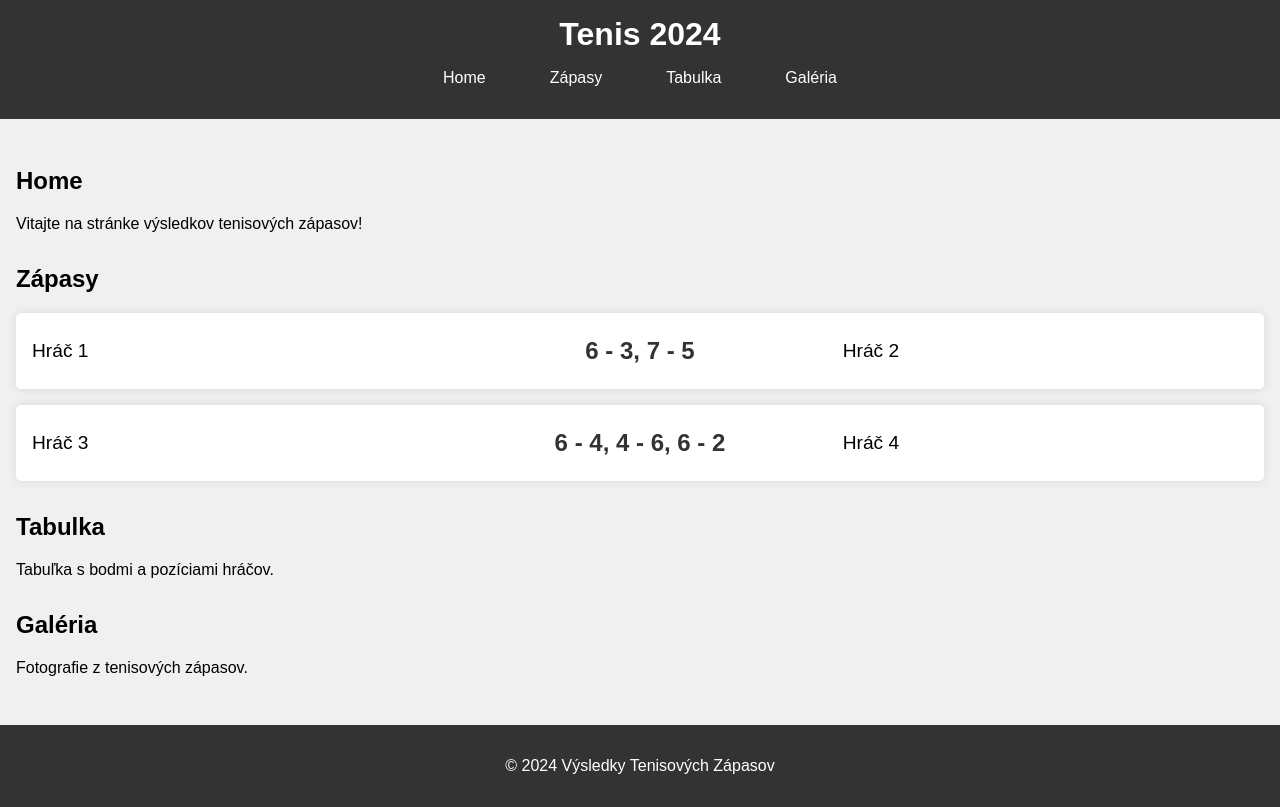
Repository: Badynko/tenis
Page: index.html
An editor plug-in stored every save of this project. The page is shown before and after the next save, followed by the edit.
The browser window is 1280 px wide. The pictures show the whole page.

Above is the page before, as saved 2024-07-05 09:16:37.

### index.html
<!DOCTYPE html>
<html lang="sk">
  <head>
    <meta charset="UTF-8" />
    <meta name="viewport" content="width=device-width, initial-scale=1.0" />
    <title>Tenis Matches 2024</title>
    <link rel="stylesheet" href="css/style.css" />
  </head>
  <body>
    <header>
      <h1>Tenis 2024</h1>
      <nav>
        <ul class="menu">
          <li><a href="#home">Home</a></li>
          <li><a href="#zapasy">Zápasy</a></li>
          <li><a href="#tabulka">Tabulka</a></li>
          <li><a href="#galeria">Galéria</a></li>
        </ul>
      </nav>
    </header>
    <main>
      <section id="home">
        <h2>Home</h2>
        <p>Vitajte na stránke výsledkov tenisových zápasov!</p>
      </section>
      <section id="zapasy">
        <h2>Zápasy</h2>
        <div class="match">
          <div class="player">Hráč 1</div>
          <div class="score">6 - 3, 7 - 5</div>
          <div class="player">Hráč 2</div>
        </div>
        <div class="match">
          <div class="player">Hráč 3</div>
          <div class="score">6 - 4, 4 - 6, 6 - 2</div>
          <div class="player">Hráč 4</div>
        </div>
      </section>
      <section id="tabulka">
        <h2>Tabulka</h2>
        <p>Tabuľka s bodmi a pozíciami hráčov.</p>
      </section>
      <section id="galeria">
        <h2>Galéria</h2>
        <p>Fotografie z tenisových zápasov.</p>
      </section>
    </main>
    <footer>
      <p>&copy; 2024 Výsledky Tenisových Zápasov</p>
    </footer>
    <script src="js/script.js"></script>
  </body>
</html>

### css/style.css
body {
  font-family: Arial, sans-serif;
  margin: 0;
  padding: 0;
  background-color: #f0f0f0;
}

header {
  background-color: #333;
  color: #fff;
  text-align: center;
  padding: 1rem 0;
}

h1 {
  margin: 0;
}

nav {
  margin: 1rem 0;
}

.menu {
  list-style-type: none;
  padding: 0;
  display: flex;
  justify-content: center;
}

.menu li {
  margin: 0 1rem;
}

.menu a {
  color: #fff;
  text-decoration: none;
  padding: 0.5rem 1rem;
  border-radius: 5px;
  transition: background-color 0.3s;
}

.menu a:hover {
  background-color: #575757;
}

main {
  padding: 1rem;
}

section {
  margin: 2rem 0;
}

.match {
  background-color: #fff;
  margin: 1rem 0;
  padding: 1rem;
  border-radius: 5px;
  box-shadow: 0 0 10px rgba(0, 0, 0, 0.1);
  display: flex;
  justify-content: space-between;
  align-items: center;
  flex-wrap: wrap;
}

.player {
  font-size: 1.2rem;
  flex: 1 1 100%;
  text-align: center;
  margin: 0.5rem 0;
}

.score {
  font-size: 1.5rem;
  flex: 1 1 100%;
  text-align: center;
  font-weight: bold;
  color: #333;
  margin: 0.5rem 0;
}

footer {
  background-color: #333;
  color: #fff;
  text-align: center;
  padding: 1rem 0;
}

@media (min-width: 600px) {
  .match {
    flex-wrap: nowrap;
  }

  .player,
  .score {
    flex: 1;
    text-align: left;
  }

  .score {
    text-align: center;
  }
}

### js/script.js
document.addEventListener("DOMContentLoaded", () => {
  // JavaScript môže byť použitý na dynamické načítanie výsledkov
  // Alebo na pridanie interaktívnych prvkov
});

After the next save:
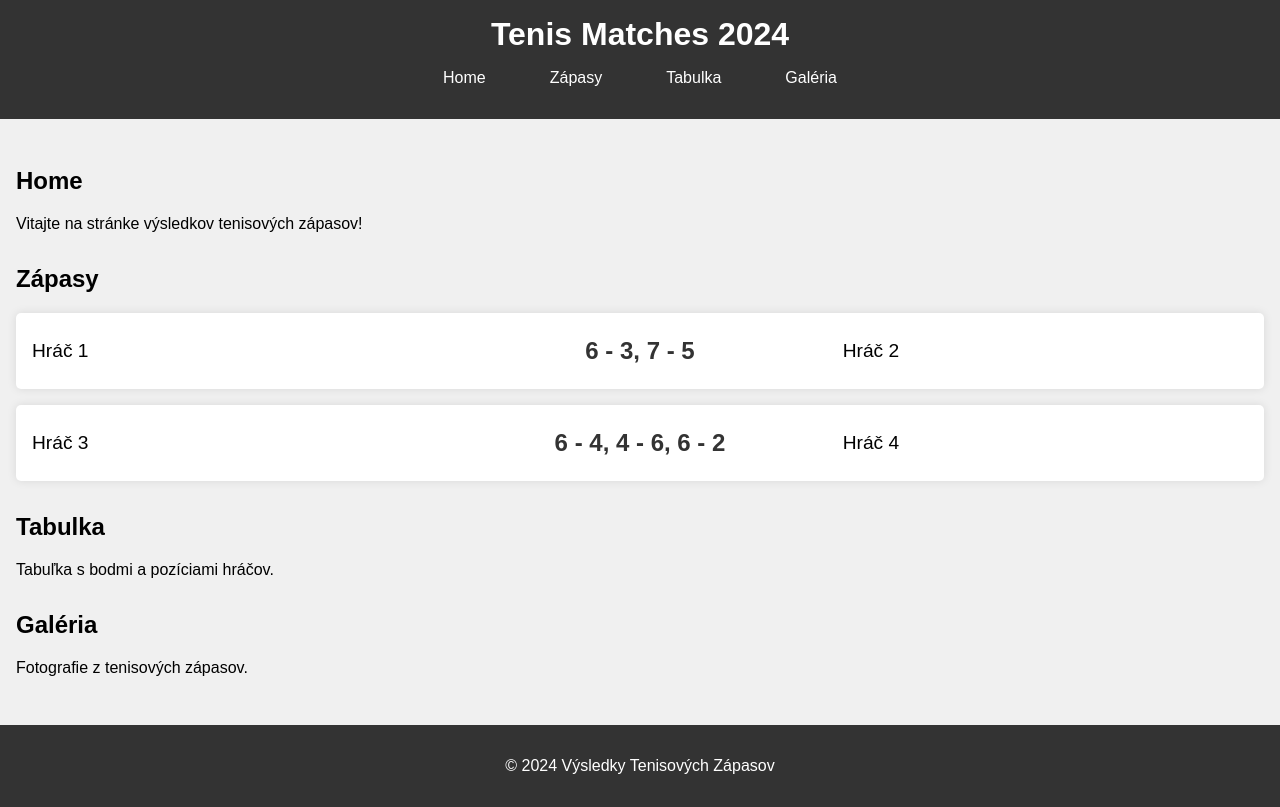
Saved 11 s later.
--- a/index.html
+++ b/index.html
@@ -8,7 +8,7 @@
   </head>
   <body>
     <header>
-      <h1>Tenis 2024</h1>
+      <h1>Tenis Matches 2024</h1>
       <nav>
         <ul class="menu">
           <li><a href="#home">Home</a></li>
